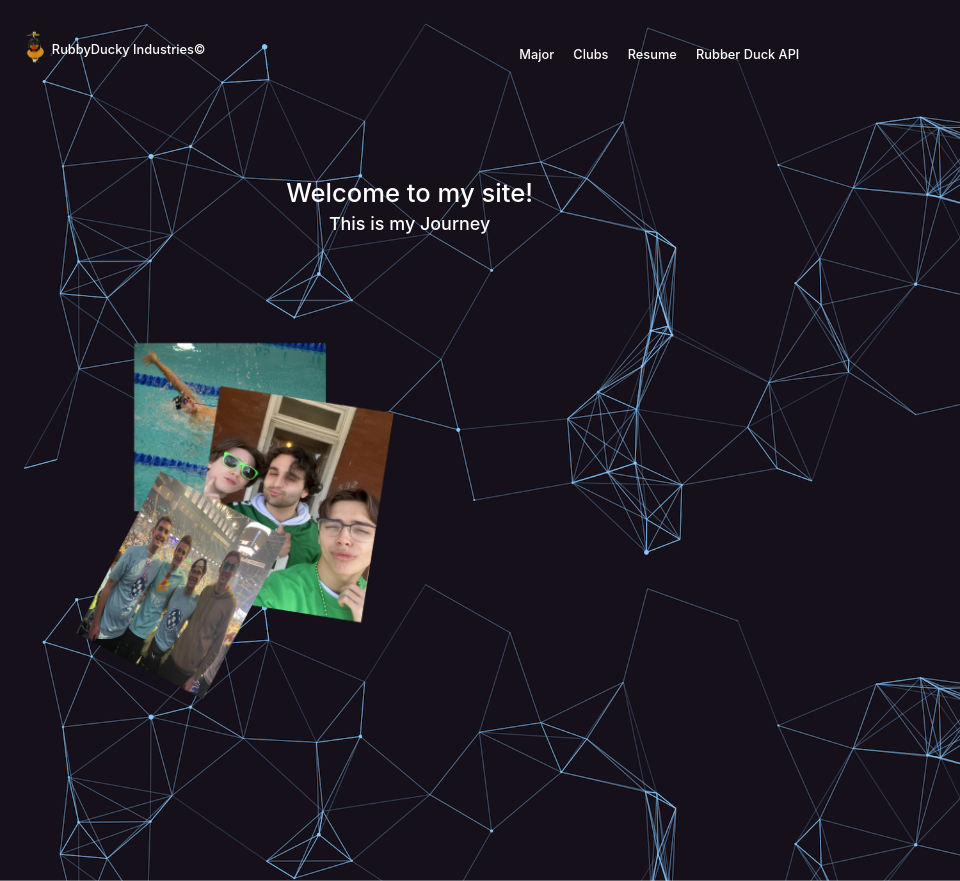
Repository: newcoder69/IST-256
Page: index.html
The author's editor kept a copy of each file at every save. The page is drawn from the files as they stood at one save, then again after the next save.
The browser window is 1280 px wide. The page is 1500 px wide, so the pictures cover 1500 px, including what lies to the right of the window. The pictures show the whole page, at 64% of full size.

Above is the page before, as saved 2024-02-28 22:51:29.

After the next save:
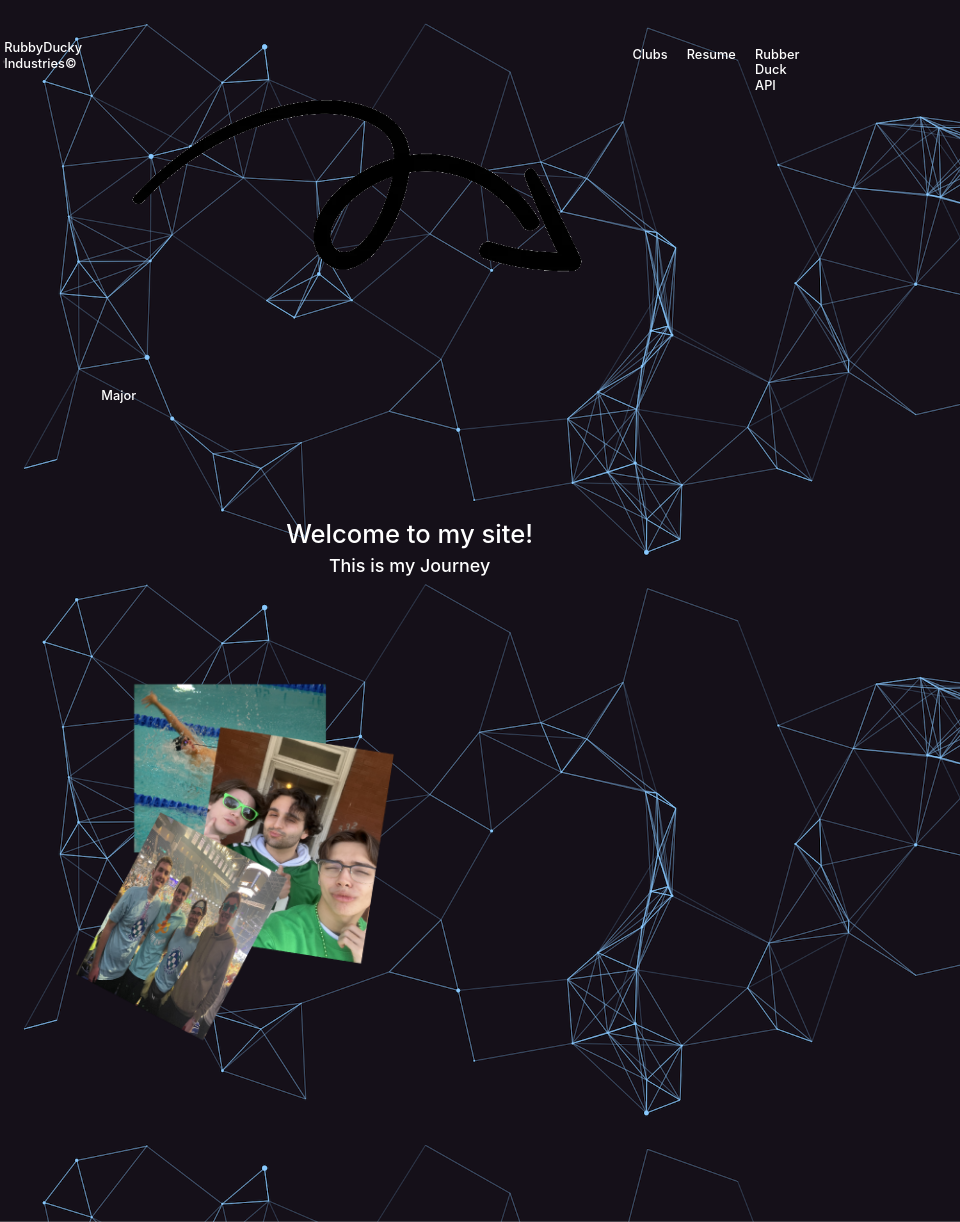
Saved 28 min 26 s later.
--- a/index.html
+++ b/index.html
@@ -15,13 +15,15 @@
                 <ul>
                     <li id="title">
                         <a href="index.html" >
-                            <img src="voro-rubber-ducky-02_1200x (1).png" style="width: 50px;">
+                            <img id= arrow src="voro-rubber-ducky-02_1200x (1).png" style="width: 50px;">
                             <span><h5>RubbyDucky Industries&copy;</h5></span>
                         </a>
                     </li>
 
                     <li>
                         <a class="nav-button" href="myMajor.html">
+                            <img id="arrowpic" src="arrow.png">
+
                             <h5>Major</h5>
                         </a>
                     </li>
